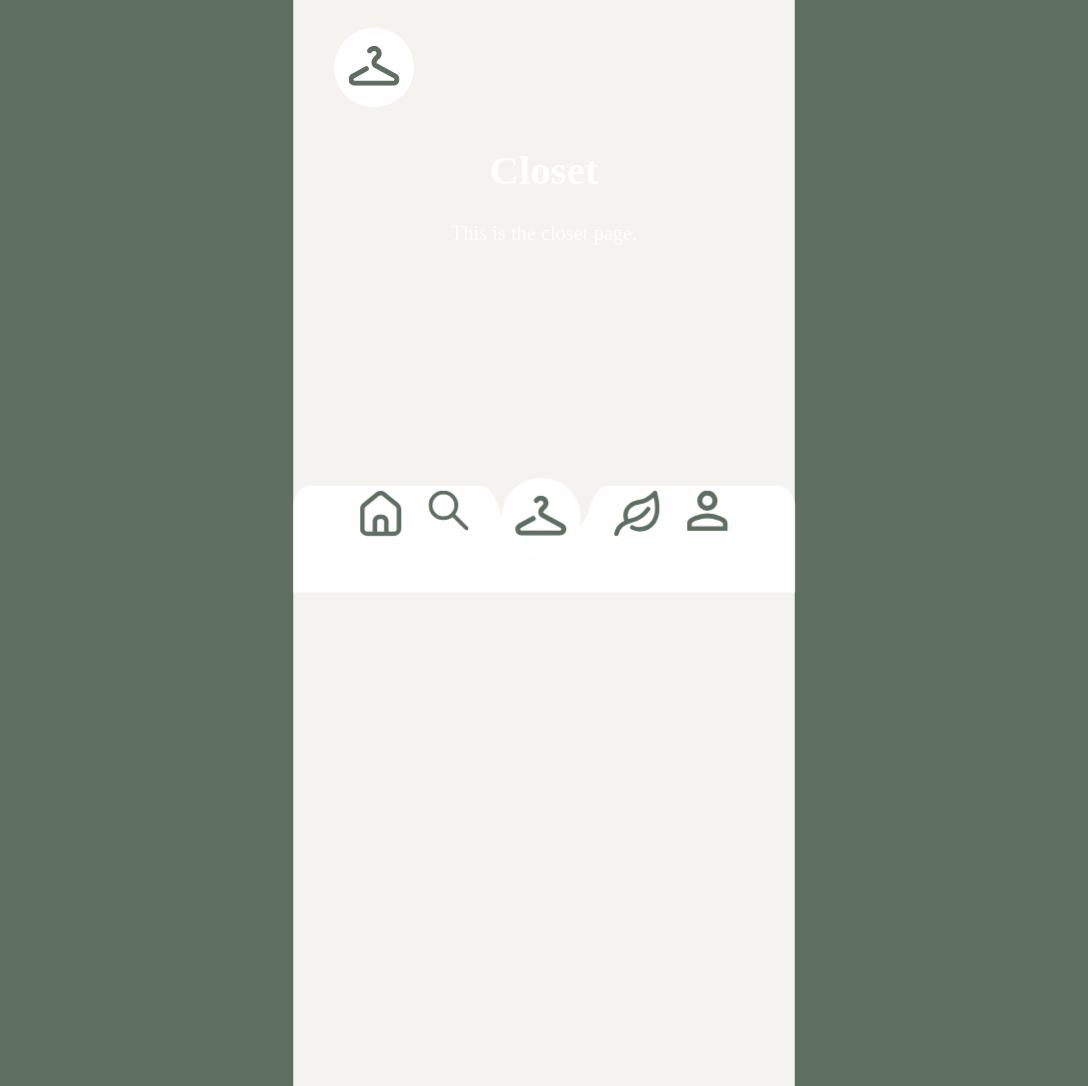
Repository: Strawb3rryjam/app-slotion
Page: /closet
An editor plug-in stored every save of this project. The page is shown before and after the next save, followed by the edit.
The browser window is 1280 px wide. The pictures show the whole page, at 85% of full size.
The project was rebuilt for these pictures with package versions that can differ from the ones it lists, and the page was loaded fresh each time. Also part of the build but not shown: vite.config.js. Imported but missing from the stored project, and not drawn on this page: src/pages/Home.

Above is the page before, as saved 2025-05-09 02:47:04.

### src/main.jsx
import { StrictMode } from 'react'
import { createRoot } from 'react-dom/client'
import './index.css'

import { BrowserRouter } from 'react-router-dom'
import App from './App.jsx'

createRoot(document.getElementById('root')).render(
  <StrictMode>
    <BrowserRouter>
      <App />
    </BrowserRouter>
  </StrictMode>
)

### src/index.css
:root {
  color: rgba(255, 255, 255, 0.87);
}

body {
  width: 393px;
  min-height: 852px;
  margin: 0 auto;
  zoom: 150%;



  background-color: #F5F3EF;
  position: relative;

}

html {
  background-color: #5E6F62;
}

### src/App.jsx
import './App.css'
import Home from './pages/Home'
import Closet from './pages/Closet'
import {Routes, Route} from 'react-router-dom'
import FinalNav from './components/finalNav.jsx'


function App() {
  return (
    <div>
      <FinalNav />
      <main className = "main-content">
        <Routes>
          <Route path = "/" element = {<Home />} />
          <Route path = "/closet" element = {<Closet />} />

        </Routes>
      </main>
    </div>

  )
}

export default App

### src/pages/Closet.jsx

function Closet() {
  return (
    <div>
      <h1>Closet</h1>
      <p>This is the closet page.</p>
    </div>
  );
}

export default Closet;

### src/components/finalNav.jsx
import NavBar from "../components/NavBar.jsx";
import ClosetButton from "../components/closetPageButton.jsx";


export default function FinalNav() {
    return (
        <div className="nav-container">
            <NavBar />
            <ClosetButton />
        </div>
    );
}

### src/components/NavBar.jsx
import { Link } from "react-router-dom";
import styles from "../css/NavBar.module.css";  // Use this to import styles

/*images*/
import navBase from "../assets/NavBar.svg";
import homeIcon from "../assets/Home.svg";
import searchIcon from "../assets/search.svg";
import closetIcon from "../assets/Hanger.svg";
import tipsIcon from "../assets/leaf.svg";
import profileIcon from "../assets/Profile.svg";

/*component*/
import ClosetButton from "../components/closetPageButton";


function NavBar() {
    return (
        <nav className={styles.navbar}> {/* Use styles.navbar for CSS modules */}
            <div className={styles["navbar-links"]}> {/* Use styles for other classes */}
                <Link to="/" className={styles.Home}>
                    <img src={homeIcon} alt="Home" className={styles["nav-icon"]} />
                </Link>
                <Link to="/Search" className={styles.Search}>
                    <img src={searchIcon} alt="Search" className={styles["nav-icon"]} />
                </Link>

                  <ClosetButton></ClosetButton>

                <Link to="/Tips" className={styles.Tips}>
                    <img src={tipsIcon} alt="Tips" className={styles["nav-icon"]} />
                </Link>
                <Link to="/Profile" className={styles.Profile}>
                    <img src={profileIcon} alt="Profile" className={styles["nav-icon"]} />
                </Link>



            </div>
        </nav>
    );
}

export default NavBar;

### src/components/closetPageButton.jsx
import { useState } from "react";
import { Link } from "react-router-dom";
import styles from "../css/closetPageButton.module.css"; // ✅ Make sure file name matches

// Import icons
import closetNotActive from "../assets/Hanger.svg";
import closetActive from "../assets/HangerActive.svg";



export default function ClosetButton() {
    const [isActive, setIsActive] = useState(false);

    const handleClick = () => {
        setIsActive(!isActive);
    };

    return (
        <div className={styles.closetWrapper}>
            {isActive && (
                <div className={styles.dropdown}>
                    <Link to="/CreatePost" className={styles.dropdownOption1}>Create Post</Link>
                    <Link to="/Closet" className={styles.dropdownOption2}>View Closet</Link>
                </div>
            )}
            <button onClick={handleClick} className={styles.Closet}>
                <img
                    src={isActive ? closetActive : closetNotActive}
                    alt="Closet"
                    className={styles["nav-icon"]}
                />
            </button>
        </div>
    );
}

### src/css/NavBar.module.css
.navbar {
  position: fixed;
  bottom: 0;
  left: 50%;
  transform: translateX(-50%); /* shifts it back by half its own width */

  padding: 19px 32px 33px 32px;

  display: flex;
  justify-content: center;

  background-image: url(../assets/NavBar.svg);
  background-repeat: no-repeat;
  background-position: center;
  background-size: contain;

  width: 329px;
  max-height: 84px;
}



.navbar-links {
  display: flex;
  justify-content: space-between;
  width: 100%;
  padding: 0 20px; /* Add padding to the left and right */
}


  /*icons*/
  .Home {
    width: 28.444px;
    height: 32px;
  }

  .Search{
    width: 31px;
    height: 31px;
  }

  .Tips{
    width: 32px;
    height: 32px;
  }

.Profile{
  width: 32px;
  height: 32px;
}

.Closet {
  width: 62.2px;
  height: 62.2px;
  background-color: white;
  border-radius: 50%; /* makes it a perfect circle */
  display: flex;
  align-items: center;
  justify-content: center;
}

### src/css/closetPageButton.module.css
.closetWrapper {
    width: 62.2px;
    height: 62.2px;
    background-color: white;
    border-radius: 50%;
    display: flex;
    justify-content: center;
    align-items: center;
    position: relative; /* Make this relative, NOT absolute */
    top: -10px; /* Move it up */

}

.dropdown {
    top: -110px; /* adjust as needed */
    border-radius: 8px;
    padding: 0.5rem;
    display: flex;
    flex-direction: column;
    align-items: center;

    gap: 0.5rem;
    z-index: 10;

    position: absolute;
    bottom: 100%;
    left: 50%;
    transform: translateX(-50%);

}

.dropdownOption1,
.dropdownOption2 {
    color: white;
    text-decoration: none; /* removes underline */
    padding: 0.5rem 1rem;
    border-radius: 4px;
    font-weight: bold;
    text-align: center;
    background-color: transparent;
    transition: background-color 0.2s;
    align-self: center;

    width: 361px;
    height: 59px;
    background-color: #4CAF50; /* green background */


}

.dropdownOption1:hover,
.dropdownOption2:hover {
    background-color: rgba(255, 255, 255, 0.2); /* subtle hover effect */
}

.Closet {
    background: none;
    border: none;
    cursor: pointer;
}

.nav-icon {
    width: 40px;
    height: auto;
}

Loaded but not shown: index.html (common file); src/App.css (common file)

After the next save:
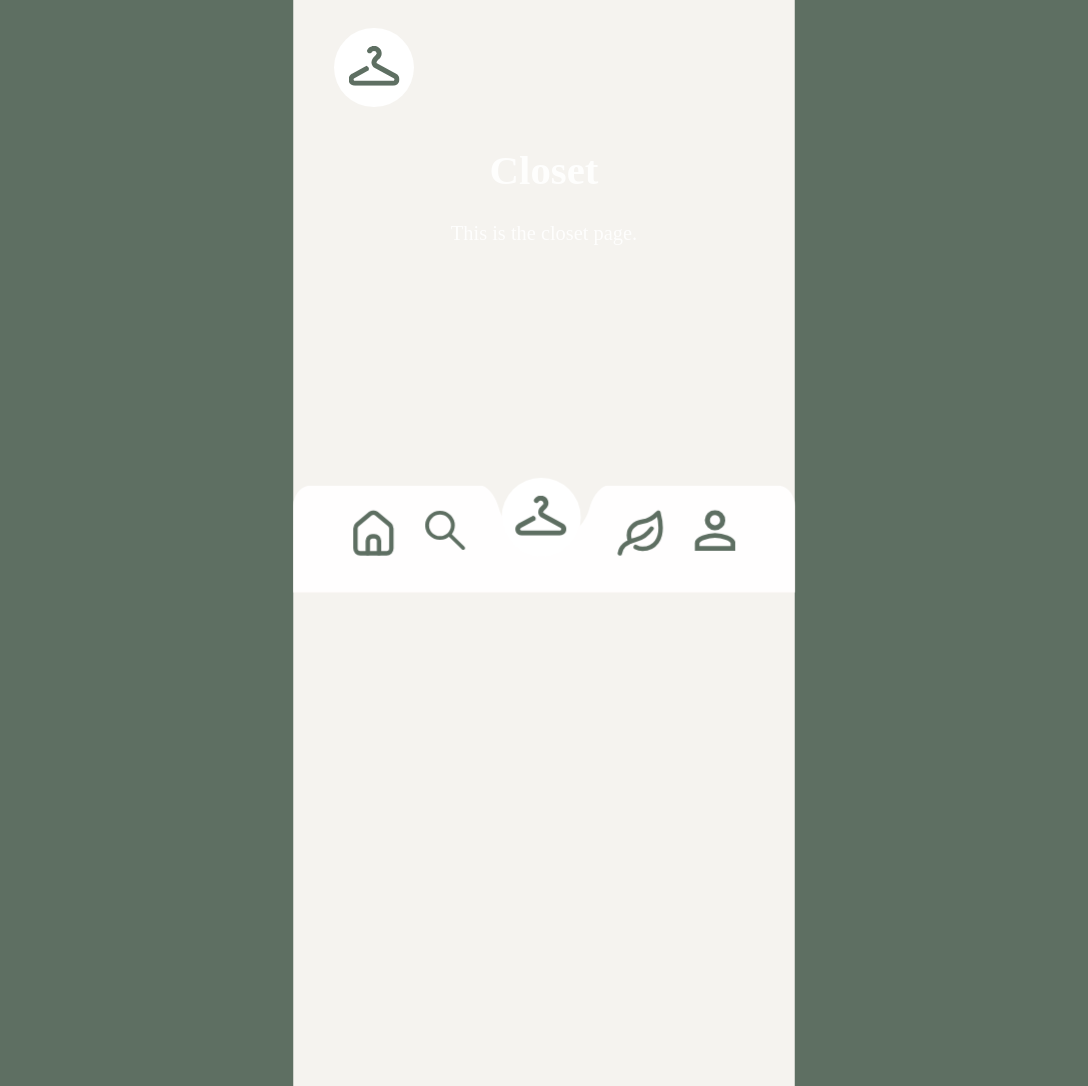
Saved 36 s later.
--- a/src/css/NavBar.module.css
+++ b/src/css/NavBar.module.css
@@ -22,11 +22,10 @@
 
 .navbar-links {
   display: flex;
-  justify-content: space-between;
+  justify-content: space-around; /* Space items evenly */
+  align-items: center; /* Align all items centrally */
   width: 100%;
-  padding: 0 20px; /* Add padding to the left and right */
 }
-
 
   /*icons*/
   .Home {
